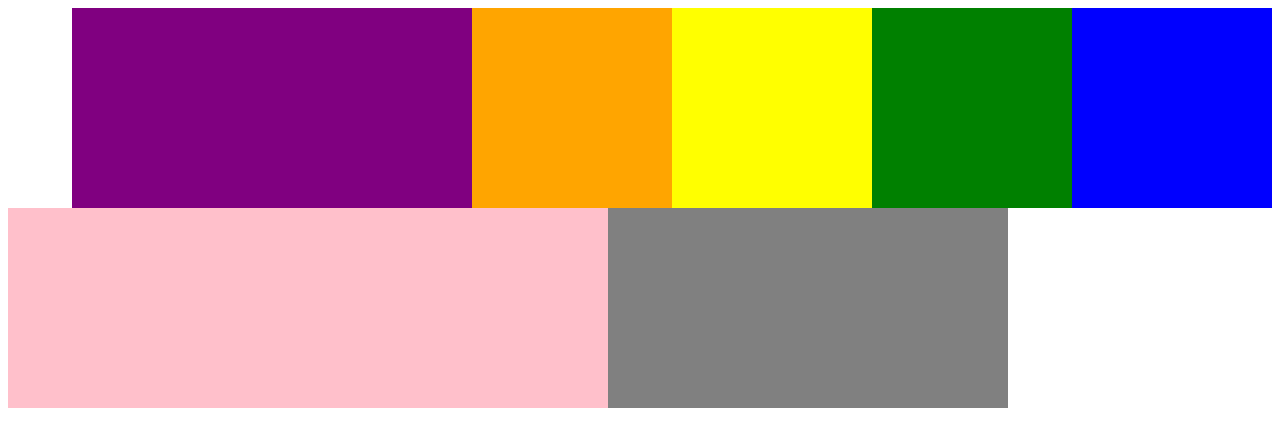
Repository: zmfhd1/Web
Page: boardtest/WebContent/float.html
The author's editor kept a copy of each file at every save. The page is drawn from the files as they stood at one save, then again after the next save.
The browser window is 1280 px wide. The pictures show the whole page.

Above is the page before, as saved 2021-08-23 01:58:43.

### boardtest/WebContent/float.html
<!DOCTYPE html>
<html>
<head>
  <meta charset="UTF-8">
  <style>

.col {
  height: 200px;
}

.sample1 {
  width: 200px;
}

.sample2 {
  width: 400px;
}

.sample3 {
  width: 600px;
}


#div1 {
  /* float: left; */
  float : right;
}

#div2{
  /* float: left; */
  float : right;
}

#div3{
  /* float: left; */
  float : right;
}
#div4{
  /* float: left; */
  float : right;
}

#div5{
  float: left;
  float : right;
}

#div6{
  float: left;
}

#div7{
  float: left;
}

  </style>
</head>
  <body>
    <div id="div1" class="col sample1" style="background-color: blue;"></div>
    <div id="div2" class="col sample1" style="background-color: green;"></div>
    <div id="div3" class="col sample1" style="background-color: yellow;"></div>
    <div id="div4" class="col sample1" style="background-color: orange;"></div>
    <div id="div5" class="col sample2" style="background-color: purple;"></div>
    <div id="div6" class="col sample3" style="background-color: pink;"></div>
    <div id="div7" class="col sample2" style="background-color: grey;"></div>
  </body>
</html>

After the next save:
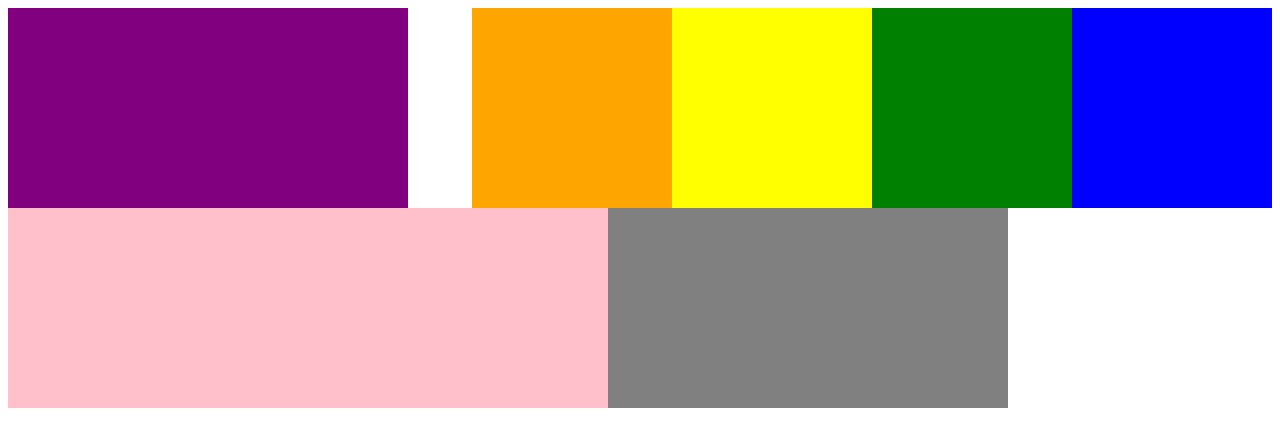
Saved 9 s later.
--- a/boardtest/WebContent/float.html
+++ b/boardtest/WebContent/float.html
@@ -42,7 +42,7 @@
 
 #div5{
   float: left;
-  float : right;
+  /* float : right; */
 }
 
 #div6{
